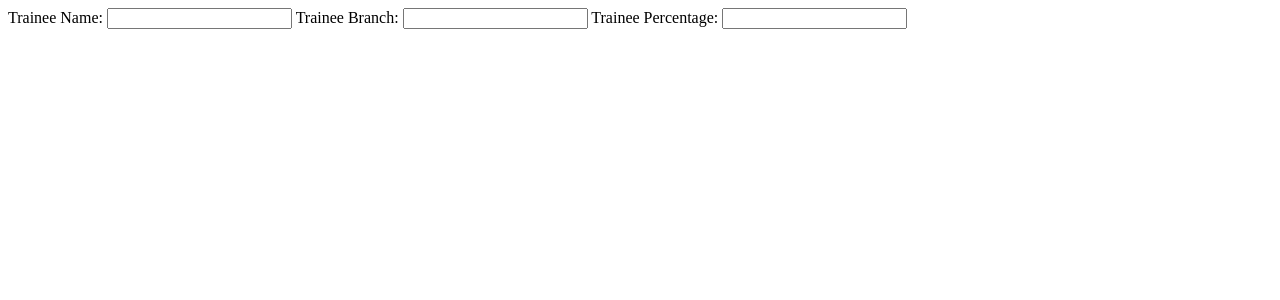
Repository: jayantnagpal/LabAssessment3_JayantNagpal_YM237
Page: http://localhost/TraineeMgt/AddTrainee.jsp
An editor plug-in stored every save of this project. The page is shown before and after the next save, followed by the edit.
The browser window is 1280 px wide. The pictures show the whole page.
The page is served by Tomcat 9.

Above is the page before, as saved 2021-03-04 11:13:51.

After the next save:
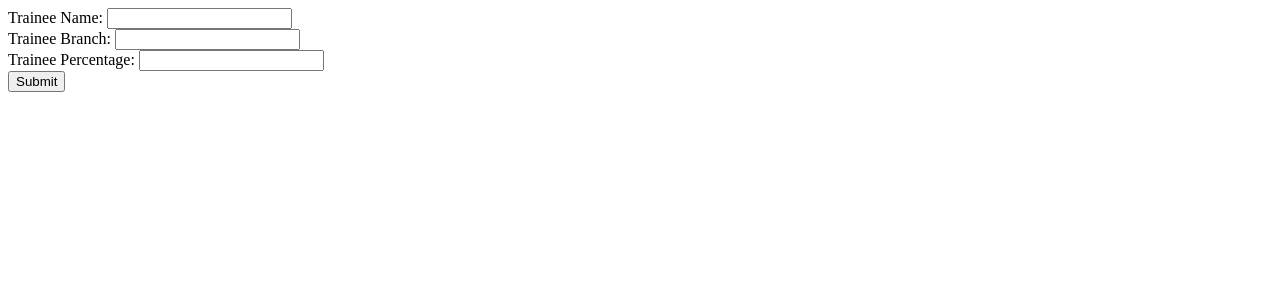
Saved 59 s later.
--- a/TraineeMgt/WebContent/AddTrainee.jsp
+++ b/TraineeMgt/WebContent/AddTrainee.jsp
@@ -8,9 +8,10 @@
 </head>
 <body>
 <form action="AddTrainee.do" method="post">
-Trainee Name: <input type="text" name="TraineeName">
-Trainee Branch: <input type="text" name="TraineeBranch">
-Trainee Percentage: <input type="number" name="TraineePercentage">
+Trainee Name: <input type="text" name="TraineeName"><br>
+Trainee Branch: <input type="text" name="TraineeBranch"><br>
+Trainee Percentage: <input type="number" name="TraineePercentage"><br>
+<input type="submit">
 </form>
 </body>
 </html>
